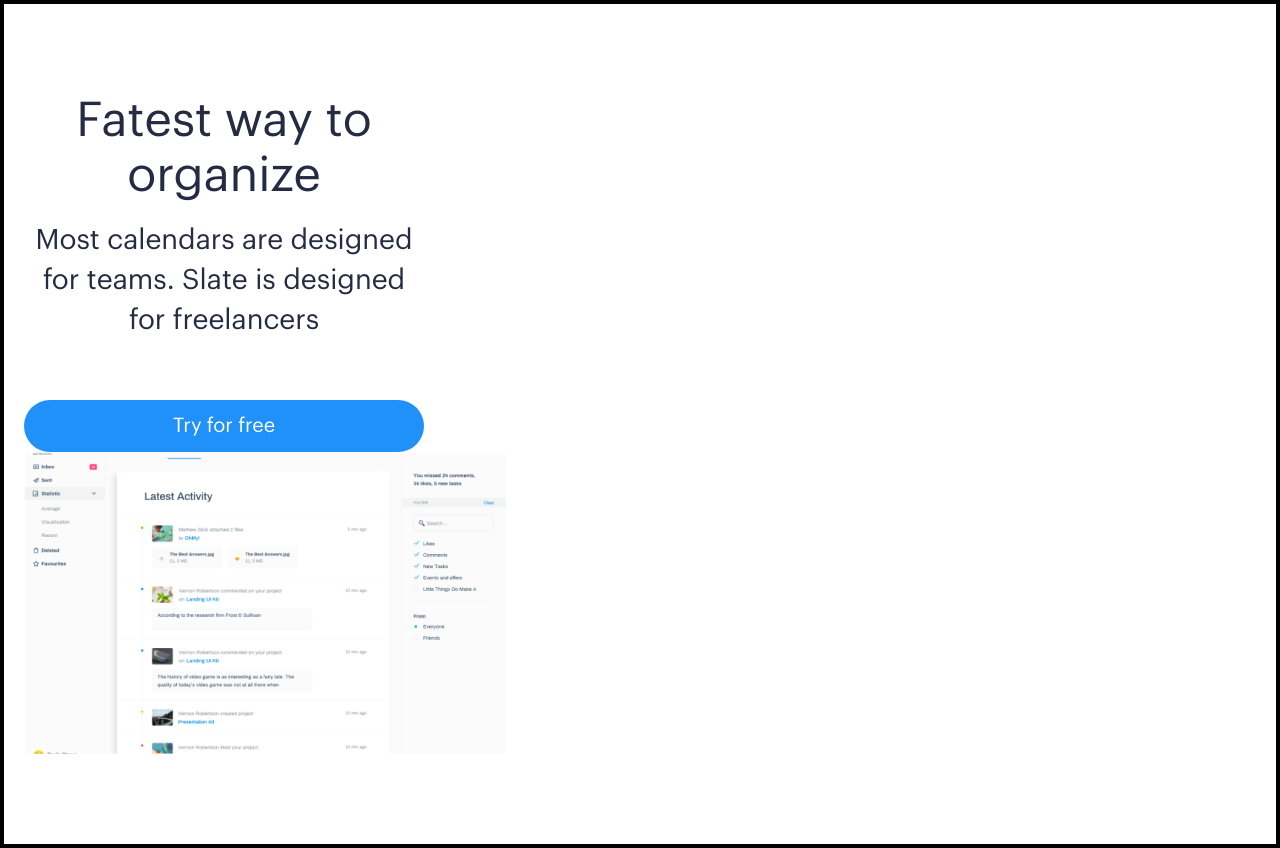
Repository: SK3010z/figmaland-tailwind
Page: /
The author's editor kept a copy of each file at every save. The page is drawn from the files as they stood at one save, then again after the next save.
The browser window is 1280 px wide. The pictures show the whole page.
The project was rebuilt for these pictures with package versions that can differ from the ones it lists, and the page was loaded fresh each time. Also part of the build but not shown: vite.config.js, src/mediaQueries.jsx.

Above is the page before, as saved 2024-08-19 14:05:06.

### index.html
<!doctype html>
<html lang="en">
  <head>
    <meta charset="UTF-8" />
    <link rel="icon" type="image/svg+xml" href="/vite.svg" />
    <meta name="viewport" content="width=device-width, initial-scale=1.0" />
    <title>FigmaLand</title>
  </head>
  <body class>
    <div id="root"></div>
    <script type="module" src="/src/main.jsx"></script>
  </body>
</html>

### src/main.jsx
import { StrictMode } from 'react'
import { createRoot } from 'react-dom/client'
import App from './App.jsx'
import MediaQueries from './mediaQueries.jsx'
import './index.css'

createRoot(document.getElementById('root')).render(
  <StrictMode>
    <App/>
  </StrictMode>
)

### src/App.jsx
import { Button } from "./components/Button"
import { CalendarFeature } from "./components/CalendarFeature"
import { Heading } from "./components/Heading"
function App() {
  return (
    <div className="bg-darkBackground">
      <CalendarFeature></CalendarFeature>
    </div>
  )
}

export default App

### src/index.css
@tailwind base;
@tailwind components;
@tailwind utilities;

@font-face {
  font-family: "Graphik-bold";
  src: url(./fonts/Graphik/Graphik-Bold-Trial.otf) format("opentype");
  font-style: normal;
  font-display: swap;
}
@font-face {
  font-family: "Graphik";
  src: url(./fonts/Graphik/Graphik-Regular-Trial.otf) format("opentype");
  font-style: normal;
  font-display: swap;
}

### src/components/Button/index.jsx
export const Button = ({ children, variant = "primary", isBold = false }) => {
  return (
    <button
      className={`flex items-center justify-center p-4 rounded-full font-graphik text-xl leading-5
        ${
          variant === "primary"
            ? "bg-primary text-white"
            : "bg-white text-primary"
        }
        ${isBold && "font-graphik-bold"}
      `}
    >
      {children}
    </button>
  );
};

### src/components/CalendarFeature/index.jsx
import { Button } from "../Button";
import { Heading } from "../Heading";
import CalendarImage from "../../assets/images/features/calendar-feature-screenshot.png";

export const CalendarFeature = ({}) => {
    return (
        <section className="bg-white py-[90px] px-5  border-4 border-black">
            <div className="w-full max-w-[400px] flex flex-col items-center">
                <div className="flex flex-col">
                    <Heading type="h2" className="text-center">
                        Fatest way to organize
                    </Heading>
                    <Heading type="h4" className="mb-[60px] mt-4 text-center">
                        Most calendars are designed for teams. Slate is designed
                        for freelancers
                    </Heading>
                    <Button>Try for free</Button>
                </div>
            </div>

            <img src={CalendarImage} />
        </section>
    );
};

### src/components/Heading/index.jsx
export const Heading = ({children, type = "h1", color = '', className = ''}) => {
    const customizedColor = color === 'white' ? 'text-white' : 'text-text'

    if (type == "h1") {
        return (
            <h1 className={`${className} text-[4.625rem] leading-[84px] font-graphik-bold ${customizedColor}`}>{children}</h1>
        )
    }
    if (type == "h4") {
        return (
            <h1 className={`${className} text-[28px] leading-[40px] font-graphik ${customizedColor}`}>{children}</h1>
        )
    }

    return(
     <h2 className={`${className} text-5xl leading-[55px] font-graphik ${customizedColor}`}>{children}</h2>
    )
};

### tailwind.config.js
/** @type {import('tailwindcss').Config} */
export default {
  content: [
    "./index.html",
    "./src/**/*.{js,ts,jsx,tsx}",
  ],
  theme: {
    extend: {
      fontFamily: {
        'graphik': ['Graphik','sans-serif'],
        'graphik-bold': ['Graphik-bold','sans-serif']
      },
      colors: {
        primary: '#2091F9',
        text: '#252B42',
        decondaryText: '#374754',
        darkBackground: '#252B42'
      }
    },
  },
  plugins: [],
}

After the next save:
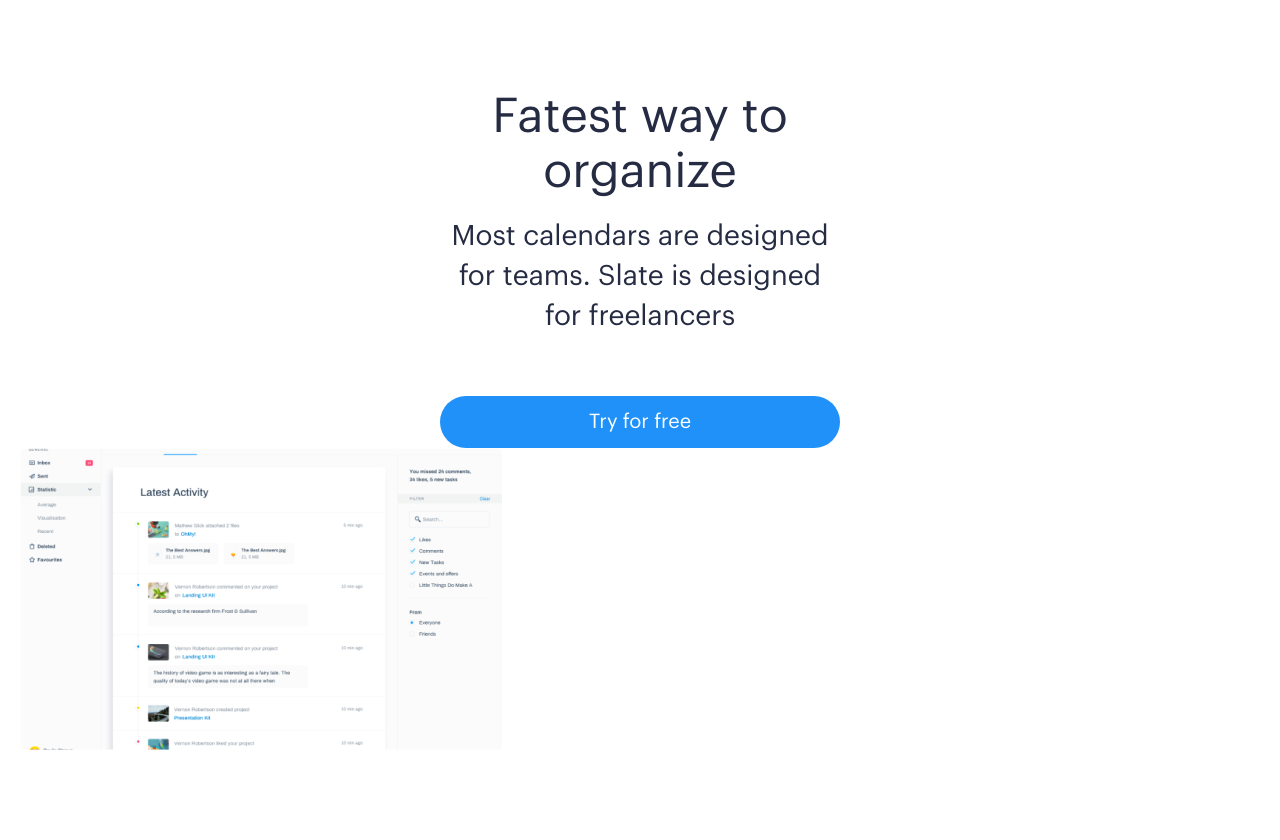
Saved 40 s later.
--- a/src/components/CalendarFeature/index.jsx
+++ b/src/components/CalendarFeature/index.jsx
@@ -4,8 +4,8 @@
 
 export const CalendarFeature = ({}) => {
     return (
-        <section className="bg-white py-[90px] px-5  border-4 border-black">
-            <div className="w-full max-w-[400px] flex flex-col items-center">
+        <section className="bg-white py-[90px] px-5">
+            <div className="w-full max-w-[400px] flex flex-col items-center mx-auto">
                 <div className="flex flex-col">
                     <Heading type="h2" className="text-center">
                         Fatest way to organize
